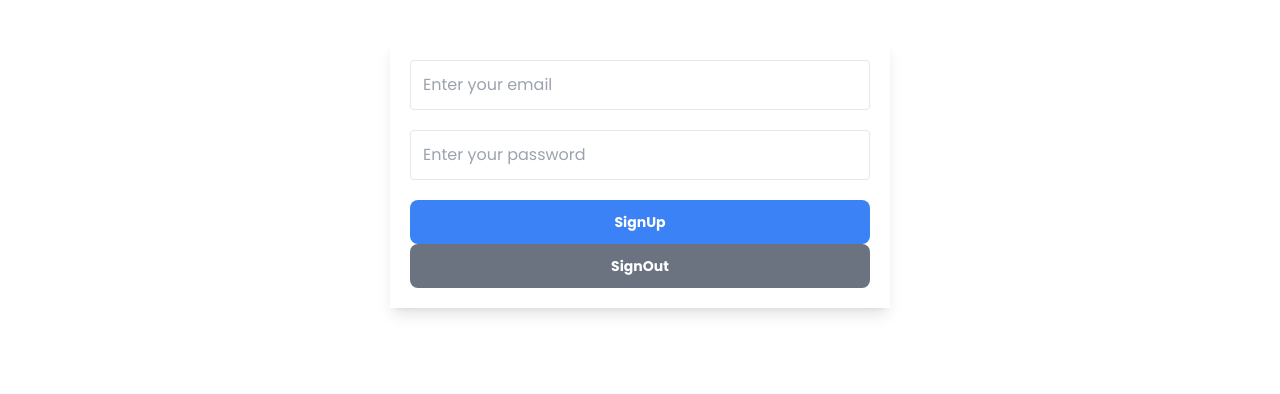
Repository: ThanhPhongsof/React-Course
Page: /
The author's editor kept a copy of each file at every save. The page is drawn from the files as they stood at one save, then again after the next save.
The browser window is 1280 px wide. The pictures show the whole page.
The project was rebuilt for these pictures with package versions that can differ from the ones it lists, and the page was loaded fresh each time.

Above is the page before, as saved 2022-04-28 08:51:35.

### src/index.js
import React from "react";
import ReactDOM from "react-dom";
import App from "./App";
import reportWebVitals from "./reportWebVitals";
import "./index.scss";
import { BrowserRouter } from "react-router-dom";

// ReactDOM.render(
//   <React.StrictMode>
//     <BrowserRouter>
//       <App />
//     </BrowserRouter>
//   </React.StrictMode>,
//   document.getElementById("root")
// );

ReactDOM.render(
  <BrowserRouter>
    <App />
  </BrowserRouter>,
  document.getElementById("root")
);

// If you want to start measuring performance in your app, pass a function
// to log results (for example: reportWebVitals(console.log))
// or send to an analytics endpoint. Learn more: https://bit.ly/CRA-vitals
reportWebVitals();

### src/App.js
import React from "react";
// import FirebaseApp from "./firebase/FirebaseApp";
import FirebaseAuth from "./firebase/FirebaseAuth";

const App = () => {
  return (
    <div>
      {/* <FirebaseApp></FirebaseApp> */}
      <FirebaseAuth></FirebaseAuth>
    </div>
  );
};

export default App;

### src/index.scss
@tailwind base;
@tailwind components;
@tailwind utilities;

@layer base {
  @import url("https://fonts.googleapis.com/css2?family=Poppins:wght@300;400;500;700&display=swap");
  body {
    font-family: "Poppins", sans-serif;
  }
}
.skeleton {
  background-color: #eee;
  background-image: linear-gradient(
    110deg,
    #ececec 8%,
    #f5f5f5 18%,
    #ececec 33%
  );
  background-size: 200% 100%;
  animation: 1.5s shine linear infinite;
}
@keyframes shine {
  to {
    background-position-x: -200%;
  }
}
.zoom-enter .content {
  opacity: 0;
  transform: scale(0.5);
}
.zoom-enter-active .content {
  opacity: 1;
  transform: scale(1);
}
.zoom-exit .content {
  opacity: 1;
}
.zoom-exit-active .content {
  opacity: 0;
  transform: scale(0.5);
}

// Fade

.fade-enter .tooltip {
  opacity: 0;
}
.fade-enter-active .tooltip {
  opacity: 1;
}
.fade-exit .tooltip {
  opacity: 1;
}
.fade-exit-active .tooltip {
  opacity: 0;
}

### src/firebase/FirebaseAuth.js
import React, { useState } from "react";
import {
  createUserWithEmailAndPassword,
  SignInWithPassword,
  SignOut,
  getAuth,
} from "firebase/auth";
import { auth } from "./firebase-config";

const FirebaseAuth = () => {
  const [values, setValues] = useState({ email: "", password: "" });

  const handleInputChange = (e) => {
    setValues({ ...values, [e.target.name]: e.target.value });
  };

  const handleCreateUser = async (e) => {
    e.preventDefault();
    const user = await createUserWithEmailAndPassword(
      auth,
      values.email,
      values.password
    );
    console.log(user);
    console.log("create user successfully");
  };

  return (
    <div className="p-10">
      <div className="w-full max-w-[500px] mx-auto shadow-lg p-5 mb-10">
        <form onSubmit={handleCreateUser}>
          <input
            type="text"
            name="email"
            className="w-full p-3 mb-5 border border-gray-200 rounded outline-none focus:border-blue-500"
            placeholder="Enter your email"
            onChange={handleInputChange}
          />
          <input
            type="text"
            name="password"
            className="w-full p-3 mb-5 border border-gray-200 rounded outline-none focus:border-blue-500"
            placeholder="Enter your password"
            onChange={handleInputChange}
          />
          <button
            type="submit"
            className="w-full p-3 text-sm font-semibold text-white bg-blue-500 rounded-lg"
          >
            SignUp
          </button>
        </form>
        <div>
          <span></span>
          <button
            type="submit"
            className="w-full p-3 text-sm font-semibold text-white bg-gray-500 rounded-lg"
          >
            SignOut
          </button>
        </div>
      </div>
    </div>
  );
};

export default FirebaseAuth;

### src/firebase/firebase-config.js
import { initializeApp } from "firebase/app";
import { getFirestore } from "firebase/firestore";
import { getAuth } from "firebase/auth";

const firebaseConfig = {
  apiKey: "AIzaSyC355FgwykDKntB_YGE6tMUu9vuh2xR9gM",
  authDomain: "learn-firebase-14a19.firebaseapp.com",
  projectId: "learn-firebase-14a19",
  storageBucket: "learn-firebase-14a19.appspot.com",
  messagingSenderId: "687668366156",
  appId: "1:687668366156:web:1a8d11b45bd537e9fe9de9",
  measurementId: "G-VD0FPZ8499",
};

// Initialize Firebase
const app = initializeApp(firebaseConfig);

// Init services
export const db = getFirestore(app);
export const auth = getAuth(app);

### tailwind.config.js
module.exports = {
  content: ["./src/**/*.{js,jsx,ts,tsx}"],
  theme: {
    extend: {
      backgroundImage: {
        "primary-gradient": `linear-gradient(
          86.88deg,
          #7d6aff 1.38%,
          #ffb86c 64.35%,
          #fc2872 119.91%
        )`,
        "secondary-gradient": `linear-gradient(86.88deg, #20e3b2, #2cccff)`,
      },
    },
  },
  plugins: [],
};

Loaded but not shown: public/index.html (common file); src/reportWebVitals.js (common file)

After the next save:
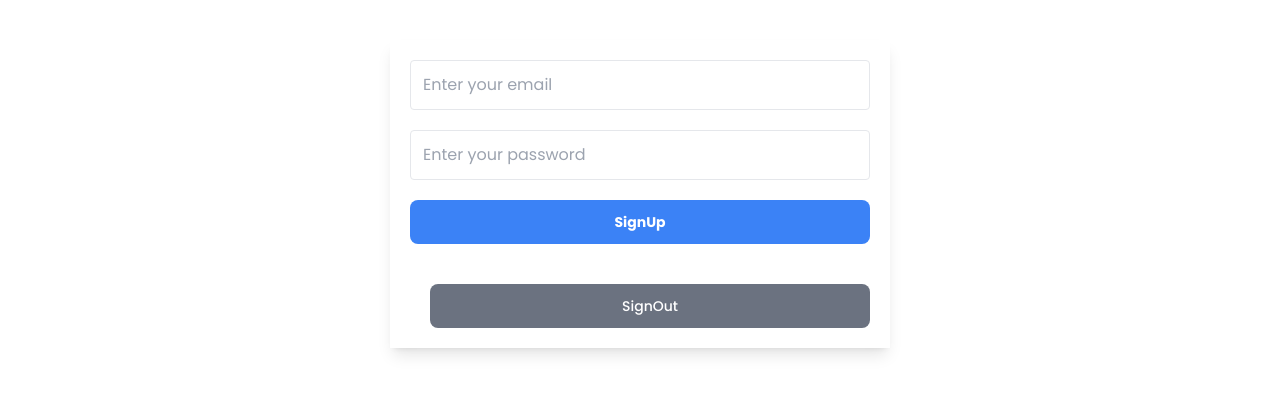
Saved 60 s later.
--- a/src/firebase/FirebaseAuth.js
+++ b/src/firebase/FirebaseAuth.js
@@ -50,11 +50,11 @@ const FirebaseAuth = () => {
             SignUp
           </button>
         </form>
-        <div>
+        <div className="flex items-center mt-10 gap-x-5">
           <span></span>
           <button
             type="submit"
-            className="w-full p-3 text-sm font-semibold text-white bg-gray-500 rounded-lg"
+            className="w-full p-3 text-sm font-medium text-white bg-gray-500 rounded-lg"
           >
             SignOut
           </button>
